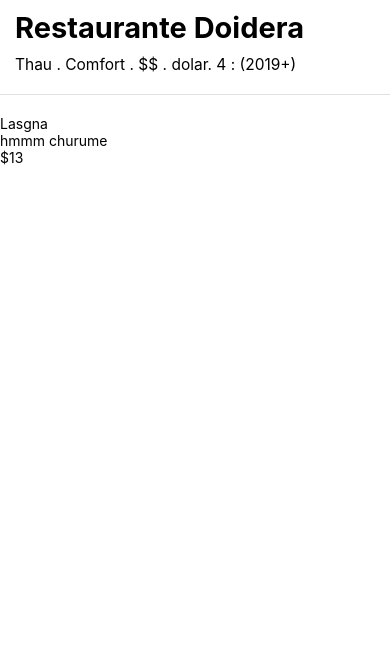
Repository: andre06x/uber_eats-clone
Screen: /
The author's editor kept a copy of each file at every save. The screen is drawn from the files as they stood at one save, then again after the next save.
The pictures show rows 180 to 844 of an output 844 px tall.
The app was drawn by React Native's web renderer in a window 390 px wide. The project was rebuilt for these pictures with package versions that can differ from the ones it lists, and the page was loaded fresh each time. Also part of the build but not shown: Components/home/BottomTabs.js, Components/home/Categories.js, Components/home/HeaderTabs.js, Components/home/RestaurantItem.js, Components/home/SearchBar.js, screens/Home.js.

Above is the screen before, as saved 2022-04-07 15:51:45.

### App.js
import { StatusBar } from 'expo-status-bar';
import { StyleSheet, Text, View } from 'react-native';
import Home from "./screens/Home";
import RestaurantDetail from "./screens/RestaurantDetail";

export default function App() {
  return (
//    <Home/>
    <RestaurantDetail />
  );
}

### screens/RestaurantDetail.js
import React from "react";
import { View, Text } from 'react-native';
import { Divider } from "react-native-elements";
import About from "../Components/restaurantDetail/About";
import MenuItem from "../Components/restaurantDetail/MenuItem";

const RestaurantDetail = () => {
  return (
    <View>
      <About />
      <Divider width={1.8} style={{marginVertical: 20}}/>
      <MenuItem />
    </View>
  )
}

export default RestaurantDetail;

### Components/restaurantDetail/About.js
import React from "react";
import { View, Text, Image } from 'react-native';

const image = "https://images.unsplash.com/photo-1552566626-52f8b828add9?ixlib=rb-1.2.1&ixid=MnwxMjA3fDB8MHxzZWFyY2h8NXx8cmVzdGF1cmFudHxlbnwwfHwwfHw%3D&w=1000&q=80"
const title= "Restaurante Doidera";
const description = "Thau . Comfort . $$ . dolar. 4 : (2019+)"

const About = () => {
  return (
    <View>
      <RestaurantImage image={image}/>
      <RestaurantTitle title={title}/>
      <RestaurantDescription description={description}/>
    </View>
  )
}

const RestaurantImage = ({image}) => (
  <Image source={{uri: image}} style={{width: "100%", height: 180}}/>
)

const RestaurantTitle = ({title}) => (
 <Text style={{fontSize: 29, fontWeight: "700", marginTop: 10, marginHorizontal: 15}}>
   {title}
 </Text>
)

const RestaurantDescription = ({ description }) => (
  <Text style={{marginTop: 10, marginHorizontal: 15, fontWeight: "400", fontSize: 15.5}}>{description}</Text>
)

export default About;

### Components/restaurantDetail/MenuItem.js
import React from 'react';
import { View, Text, StyleSheet } from 'react-native';

const foods = [
  {
    title: "Lasgna",
    description: "hmmm churume",
    price: "$13",
    image: "https://images.unsplash.com/photo-1517248135467-4c7edcad34c4?ixid=MnwxMjA3fDB8MHxzZWFyY2h8MXx8cmVzdGF1cmFudCUyMGludGVyaW9yfGVufDB8fDB8fA%3D%3D&ixlib=rb-1.2.1&w=1000&q=80"
  },
  {
    title: "Lasgna",
    description: "hmmm churume",
    price: "$13",
    image: "https://images.unsplash.com/photo-1517248135467-4c7edcad34c4?ixid=MnwxMjA3fDB8MHxzZWFyY2h8MXx8cmVzdGF1cmFudCUyMGludGVyaW9yfGVufDB8fDB8fA%3D%3D&ixlib=rb-1.2.1&w=1000&q=80"
  },
  {
    title: "Lasgna",
    description: "hmmm churume",
    price: "$13",
    image: "https://images.unsplash.com/photo-1517248135467-4c7edcad34c4?ixid=MnwxMjA3fDB8MHxzZWFyY2h8MXx8cmVzdGF1cmFudCUyMGludGVyaW9yfGVufDB8fDB8fA%3D%3D&ixlib=rb-1.2.1&w=1000&q=80"
  },
  {
    title: "Lasgna",
    description: "hmmm churume",
    price: "$13",
    image: "https://images.unsplash.com/photo-1517248135467-4c7edcad34c4?ixid=MnwxMjA3fDB8MHxzZWFyY2h8MXx8cmVzdGF1cmFudCUyMGludGVyaW9yfGVufDB8fDB8fA%3D%3D&ixlib=rb-1.2.1&w=1000&q=80"
  },
]

const styles = StyleSheet.create({
  menuItemStyle: {
    flexDirection: "row",
    justifyContent: "space-between",
    margin: 20,
  },

  titleStyle: {
    fontSize: 19,
    fontWeight: "600",
  },
});


const MenuItem = () => {
  return (
    <View>
      <FoodInfo foods={foods[0]}/>
    </View>
  )
}

const FoodInfo = ({foods }) => {
  return (
    <View>
      <Text>{foods.title}</Text>
      <Text>{foods.description}</Text>
      <Text>{foods.price}</Text>
    </View>
  )
}

// const FoodImage = () => {
//   return (

//   )
// }

export default MenuItem;

After the next save:
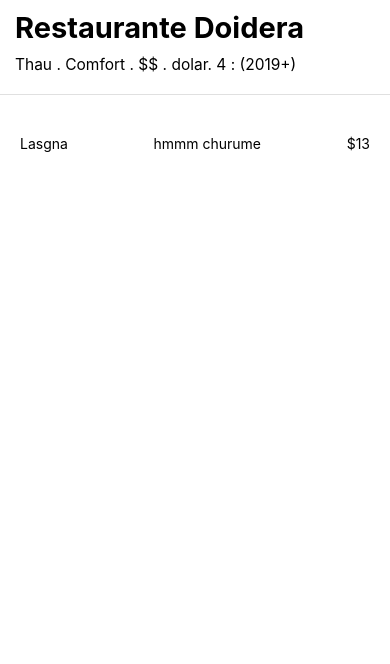
Saved 115 s later.
--- a/Components/restaurantDetail/MenuItem.js
+++ b/Components/restaurantDetail/MenuItem.js
@@ -52,7 +52,7 @@
 
 const FoodInfo = ({foods }) => {
   return (
-    <View>
+    <View style={styles.menuItemStyle}>
       <Text>{foods.title}</Text>
       <Text>{foods.description}</Text>
       <Text>{foods.price}</Text>

After the save that followed:
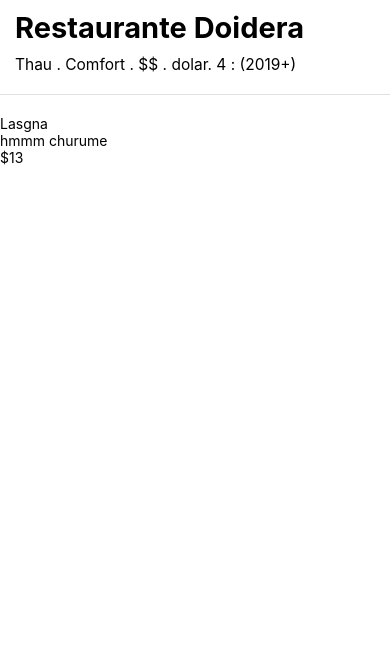
Saved 41 s later.
--- a/Components/restaurantDetail/MenuItem.js
+++ b/Components/restaurantDetail/MenuItem.js
@@ -52,7 +52,7 @@
 
 const FoodInfo = ({foods }) => {
   return (
-    <View style={styles.menuItemStyle}>
+    <View style={{width: 240, justifyContent: "space-evenly"}}>
       <Text>{foods.title}</Text>
       <Text>{foods.description}</Text>
       <Text>{foods.price}</Text>
